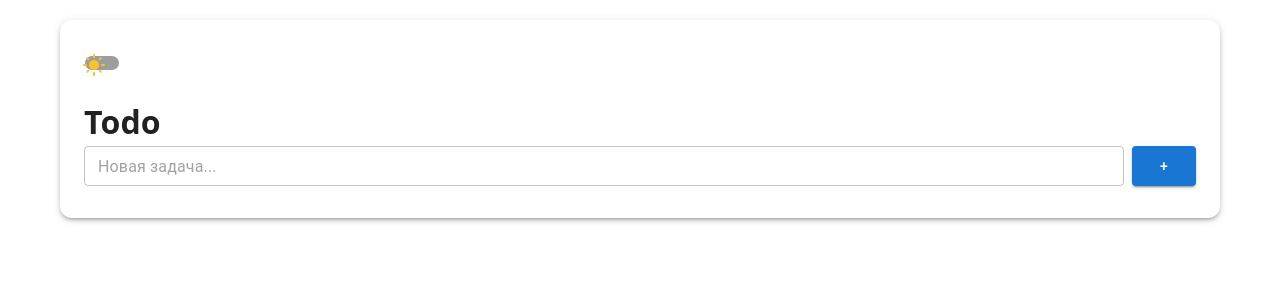
Repository: Burnmyheart/todo-app
Page: /
The author's editor kept a copy of each file at every save. The page is drawn from the files as they stood at one save, then again after the next save.
The browser window is 1280 px wide. The pictures show the whole page.
The project was rebuilt for these pictures with package versions that can differ from the ones it lists, and the page was loaded fresh each time. Also part of the build but not shown: vite.config.ts, src/components/EditTodo/EditTodo.tsx, src/components/TodoItem/TodoItem.tsx, src/components/TodoList/TodoList.tsx.

Above is the page before, as saved 2025-09-25 20:46:37.

After the next save:
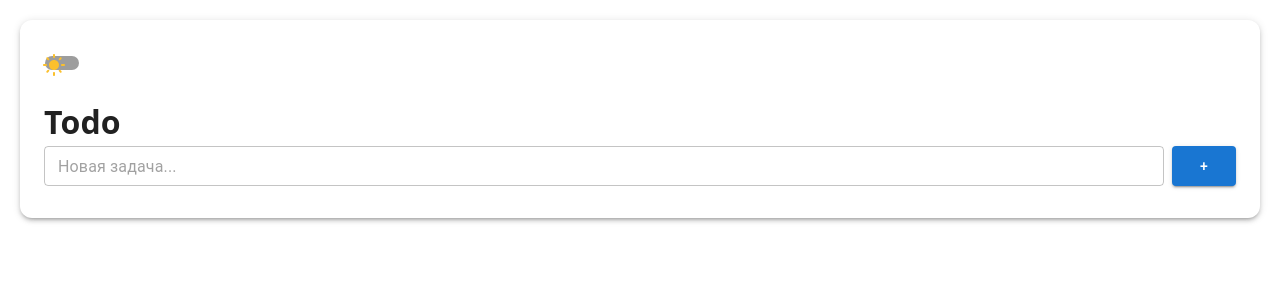
Saved 8 s later.
--- a/src/App.tsx
+++ b/src/App.tsx
@@ -50,7 +50,7 @@ const App: React.FC = () => {
   };
 
   return (
-    <div style={{ padding: "20px", maxWidth: "1200px", margin: "0 auto" }}>
+    <div style={{ padding: "20px", maxWidth: "100%", margin: "0 auto" }}>
       <ThemeProvider theme={theme}>
         <CssBaseline />
         <Paper
